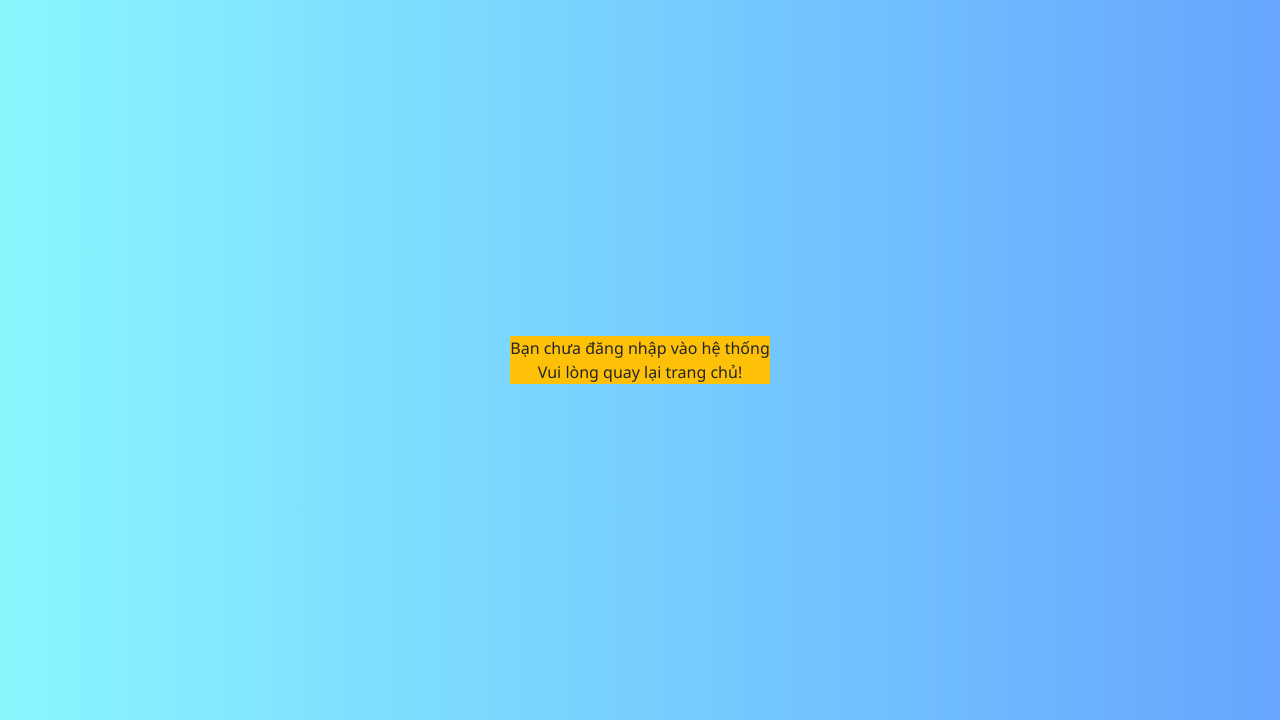
Repository: manhtdxxx/Tour-Booking-Webapp
Page: http://localhost/bookingTour/changepassword.jsp
The author's editor kept a copy of each file at every save. The page is drawn from the files as they stood at one save, then again after the next save.
The browser window is 1280 px wide. The pictures show the whole page.
The page is served by Tomcat 9. Other server files are loaded and not shown.

Above is the page before, as saved 2024-11-11 09:59:43.
Console error: TypeError: Cannot read properties of null (reading 'addEventListener')

### bookingTour/src/main/webapp/changepassword.jsp
<%@page import="model.KhachHang"%>
<%@ page language="java" contentType="text/html; charset=UTF-8" pageEncoding="UTF-8"%>
<!DOCTYPE html>
<html lang="vi">
<head>
<meta charset="UTF-8">
<meta name="viewport" content="width=device-width, initial-scale=1">
<title>Đổi mật khẩu</title>
<link href="https://cdn.jsdelivr.net/npm/bootstrap@5.3.3/dist/css/bootstrap.min.css"
	rel="stylesheet">
<script src="https://cdn.jsdelivr.net/npm/bootstrap@5.3.3/dist/js/bootstrap.bundle.min.js"></script>

<style>
/* Background gradient */
body {
	background: linear-gradient(to right, #89f7fe, #66a6ff);
	font-family: 'Segoe UI', Tahoma, Geneva, Verdana, sans-serif;
}
/* Form container styling */
.form-container {
	max-width: 450px;
	padding: 2.5rem;
	background-color: #ffffff;
	border-radius: 12px;
	box-shadow: 0 8px 24px rgba(0, 0, 0, 0.2);
	margin: 0 1.5rem;
	transition: transform 0.3s ease;
	min-width: 400px;
	position: relative;
}
/* Hover effect on container */
.form-container:hover {
	transform: scale(1.02);
}
/* Header style */
h2 {
	font-weight: bold;
	color: #343a40;
}
/* Labels styling */
.form-label {
	color: #495057;
	font-weight: 600;
}
/* Input fields styling */
.form-control {
	border: 2px solid #ced4da;
	border-radius: 8px;
	padding: 0.5rem;
	transition: border-color 0.3s ease, box-shadow 0.3s ease;
}

.form-control:focus {
	border-color: #66a6ff;
	box-shadow: 0 0 8px rgba(102, 166, 255, 0.3);
}
/* Button styling */
.btn-primary {
	background-color: #66a6ff;
	border-color: #66a6ff;
	padding: 0.6rem;
	font-size: 1.1rem;
	font-weight: 600;
	border-radius: 8px;
	transition: background-color 0.3s, box-shadow 0.3s, transform 0.2s ease;
}

.btn-primary:hover {
	background-color: #0056b3;
	box-shadow: 0 6px 16px rgba(0, 91, 187, 0.4);
	transform: translateY(-2px);
}
</style>
</head>

<body class="d-flex align-items-center justify-content-center vh-100">

	<%
	Object obj = session.getAttribute("khachHang");
	KhachHang khachHang = null;

	if (obj != null) {
		khachHang = (KhachHang) obj;
	}

	if (khachHang == null) {
	%>
	<div class="text-center bg-warning">
		Bạn chưa đăng nhập vào hệ thống <br m>Vui lòng quay lại trang chủ!
	</div>
	<%
	} else {
	String error = (String) request.getAttribute("error");
	error = (error != null) ? error : "";
	%>

	<div class="form-container">
		<h1 class="text-center mb-4">Đổi Mật Khẩu</h1>

		<!-- Error Message -->
		<%
		if (!error.isEmpty()) {
		%>
		<div class="alert alert-danger alert-dismissible fade show">
			<button type="button" class="btn-close" data-bs-dismiss="alert"></button>
			<strong><%=error%></strong>
		</div>
		<%
		}
		%>

		<form action="change-password" method="post">
			<div class="mb-3">
				<label for="currentPassword" class="form-label">Current Password</label> <input type="password"
					class="form-control" id="currentPassword" name="currentPassword"
					placeholder="Nhập mật khẩu hiện tại" required>
			</div>
			<div class="mb-3">
				<label for="newPassword" class="form-label">New Password</label> <input type="password"
					class="form-control" id="newPassword" name="newPassword" placeholder="Nhập mật khẩu mới">
			</div>
			<div class="mb-3">
				<label for="confirmPassword" class="form-label">Confirm Password</label> <input type="password"
					class="form-control" id="confirmPassword" name="confirmPassword"
					placeholder="Xác nhận mật khẩu mới" required>
				<div id="msg" class="text-danger fw-medium mb-3 mt-1"></div>
			</div>
			<button type="submit" class="btn btn-primary w-100">Đổi Mật Khẩu</button>
		</form>
	</div>
	<%
	}
	%>

	<script type="text/javascript">
		document.addEventListener("DOMContentLoaded", confirmPassword); // Run on page load

		function confirmPassword() {
			let pass_1 = document.getElementById("newPassword").value;
			let pass_2 = document.getElementById("confirmPassword").value;
			let msg = document.getElementById("msg");
			let submitBtn = document.querySelector("button[type='submit']");

			if (pass_1 !== pass_2) {
				msg.innerHTML = "Mật khẩu không khớp!";
				submitBtn.disabled = true;
			} else {
				msg.innerHTML = "";
				submitBtn.disabled = false;
			}
		}

		// Event listeners for keyup on both fields
		document.getElementById("newPassword").addEventListener("keyup",
				confirmPassword);
		document.getElementById("confirmPassword").addEventListener("keyup",
				confirmPassword);
	</script>

</body>
</html>

After the next save:
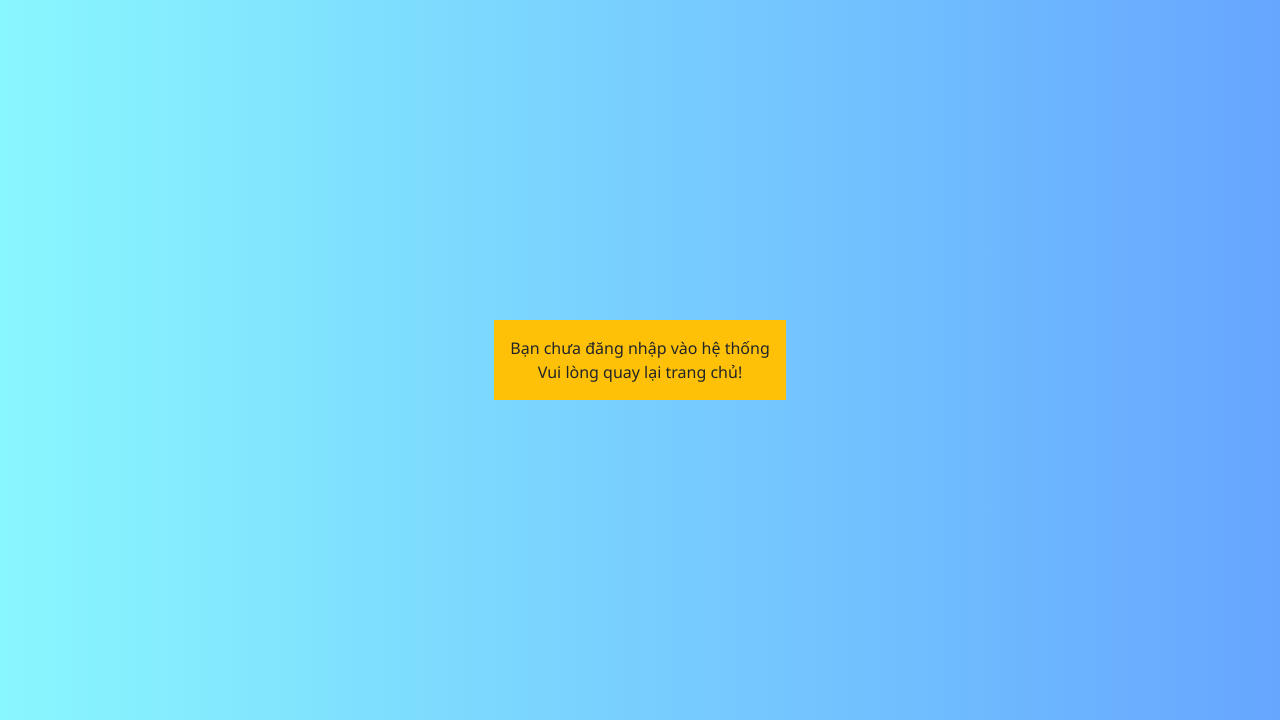
Saved 5 s later.
--- a/bookingTour/src/main/webapp/changepassword.jsp
+++ b/bookingTour/src/main/webapp/changepassword.jsp
@@ -85,8 +85,8 @@ h2 {
 
 	if (khachHang == null) {
 	%>
-	<div class="text-center bg-warning">
-		Bạn chưa đăng nhập vào hệ thống <br m>Vui lòng quay lại trang chủ!
+	<div class="text-center bg-warning p-3">
+		Bạn chưa đăng nhập vào hệ thống <br>Vui lòng quay lại trang chủ!
 	</div>
 	<%
 	} else {
